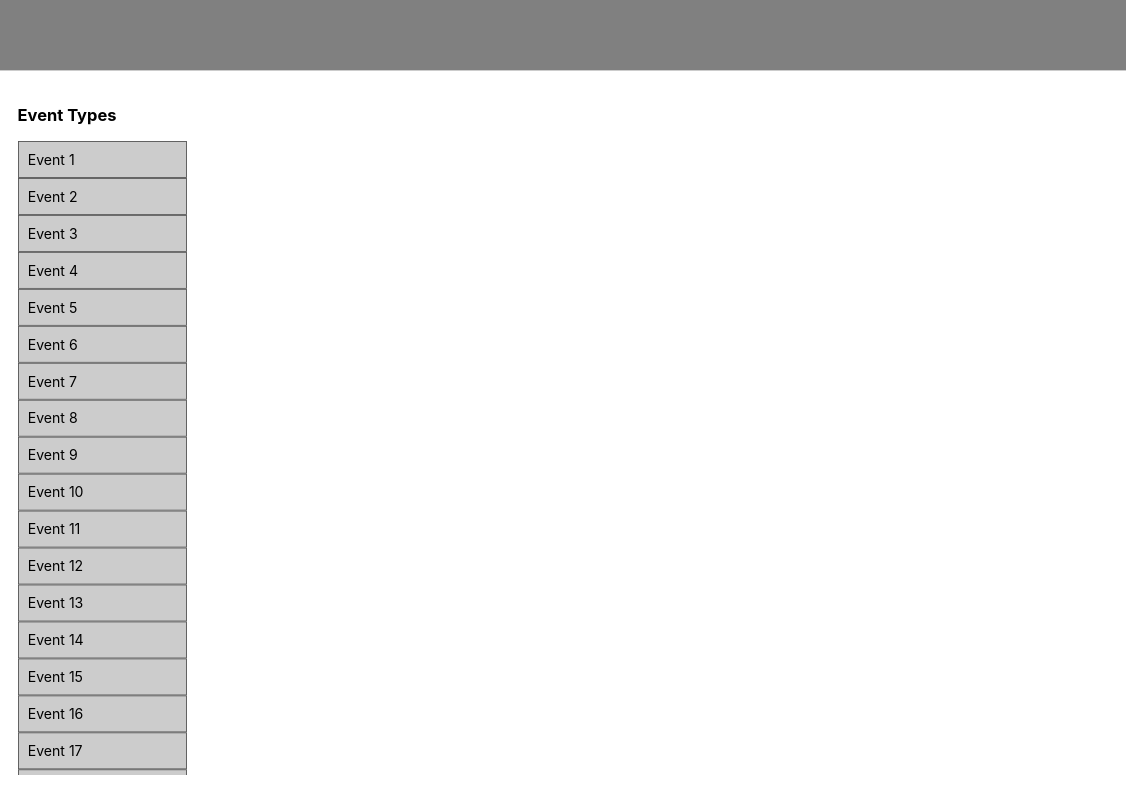
Repository: TauqeerHusain/Assignment
Page: /
These files come from the project's save history. The page is drawn as it stood at one moment and after the next save; the edit follows.
The browser window is 1280 px wide. The pictures show the whole page, at 88% of full size.
The project was rebuilt for these pictures with package versions that can differ from the ones it lists, and the page was loaded fresh each time.

Above is the page before, as saved 2023-02-07 11:08:55.

After the next save:
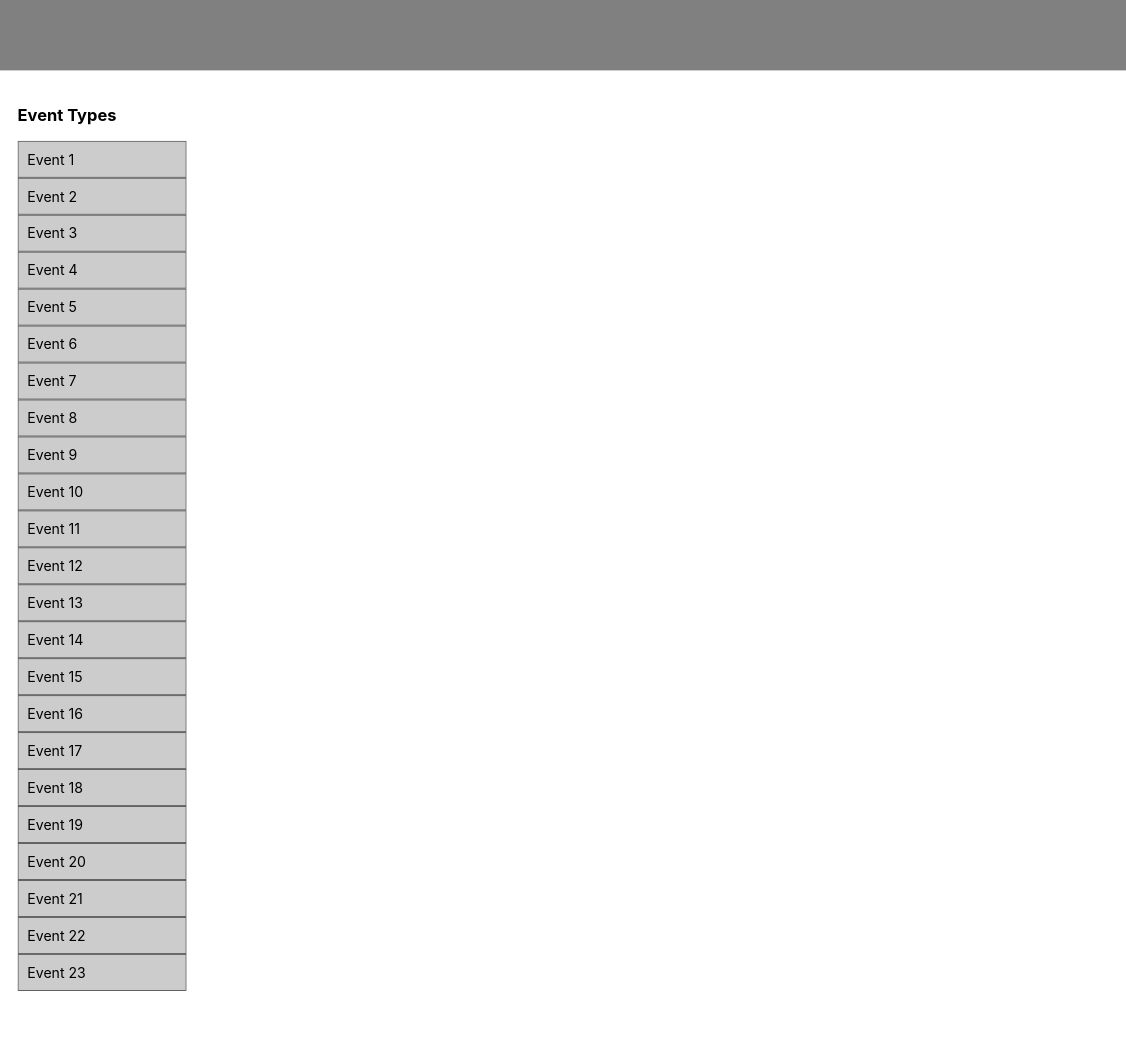
Saved 11 s later.
--- a/src/App.js
+++ b/src/App.js
@@ -533,7 +533,7 @@ const App = () => {
               listStyleType: "none",
               padding: 0,
               overflowY: "scroll",
-              height: "100vh",
+              height: "100%",
             }}
           >
             {events.map((event) => (
